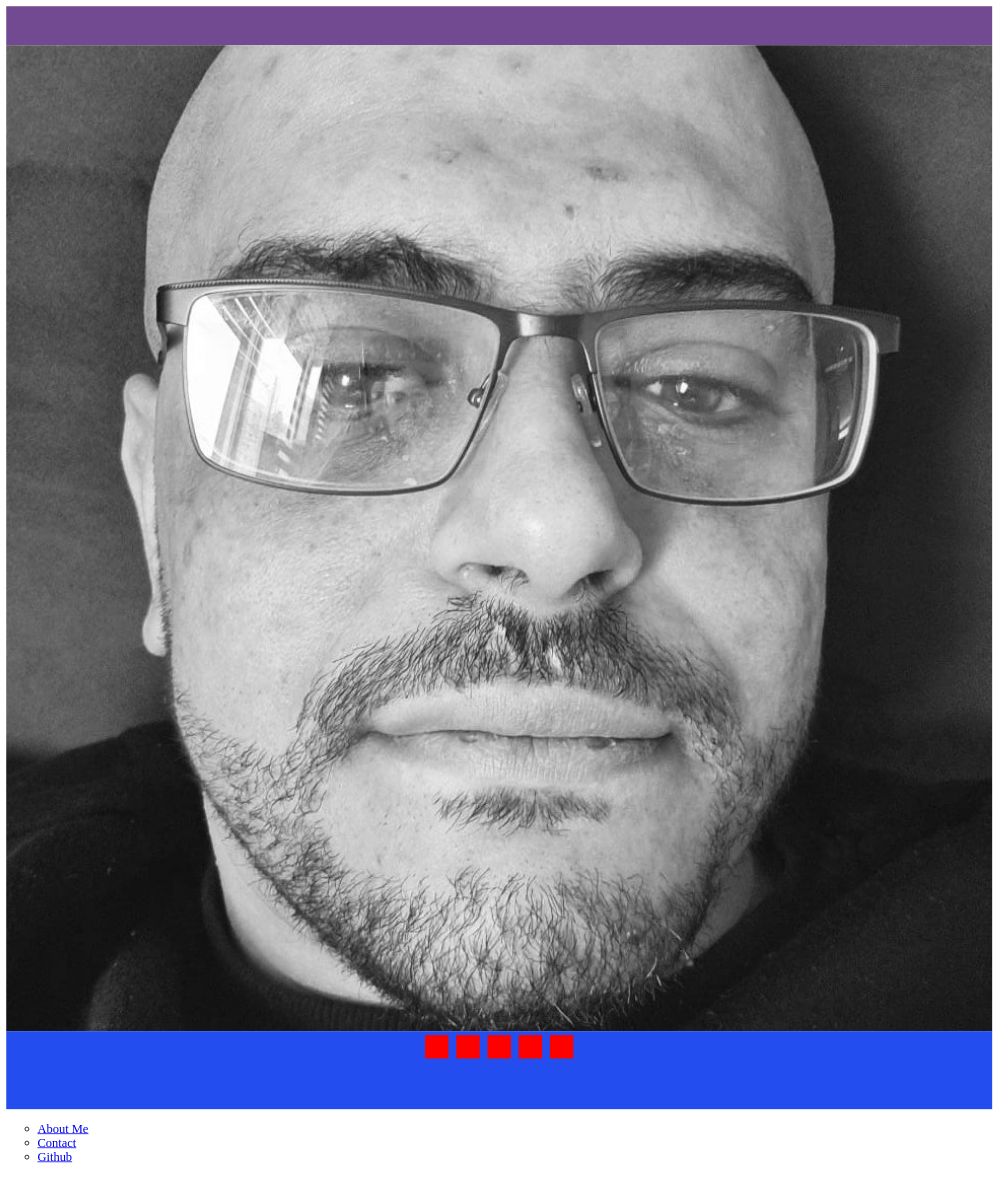
Repository: Mohzagou/Eersteportofolio
Page: index.html
An editor plug-in stored every save of this project. The page is shown before and after the next save, followed by the edit.
The browser window is 1280 px wide. The pictures show the whole page, at 78% of full size.

Above is the page before, as saved 2022-06-07 20:11:06.

After the next save:
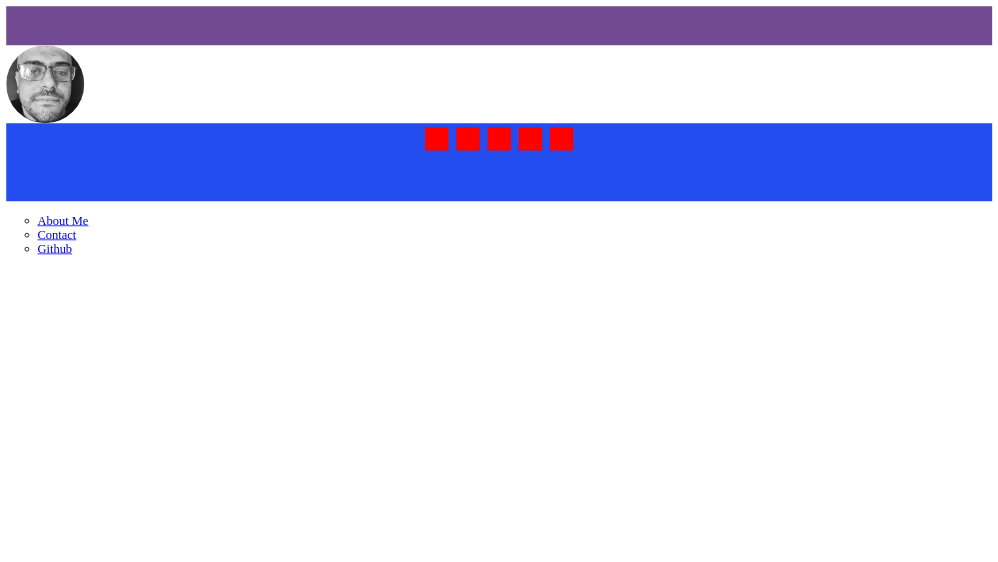
Saved 43 s later.
--- a/index.html
+++ b/index.html
@@ -11,7 +11,7 @@
 <body>
 
     <header></header>
-    <img class "avatar" src="images/67gwzvy.jpeg" alt="Mohamed Zagoudi headshot">
+    <img class="avatar" src="images/67gwzvy.jpeg" alt="Mohamed Zagoudi headshot">
 
 
     <section>
